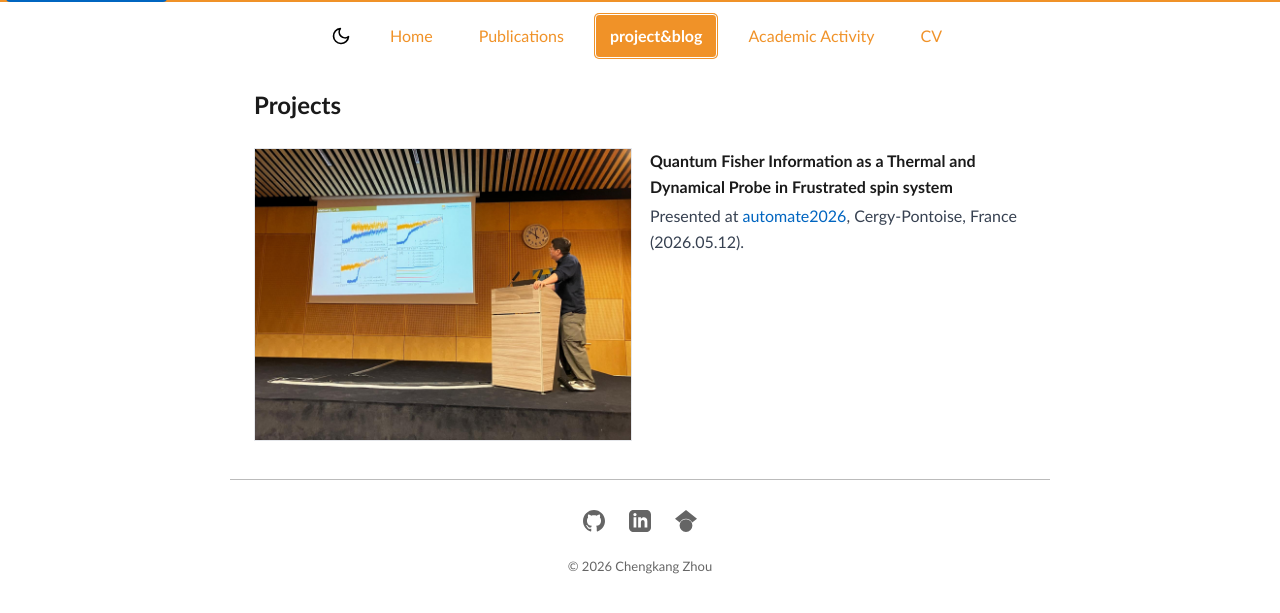
Repository: argyibug/zhouchk
Page: projects.html
An editor plug-in stored every save of this project. The page is shown before and after the next save, followed by the edit.
The browser window is 1280 px wide. The pictures show the whole page.

Above is the page before, as saved 2026-06-01 10:17:49.

After the next save:
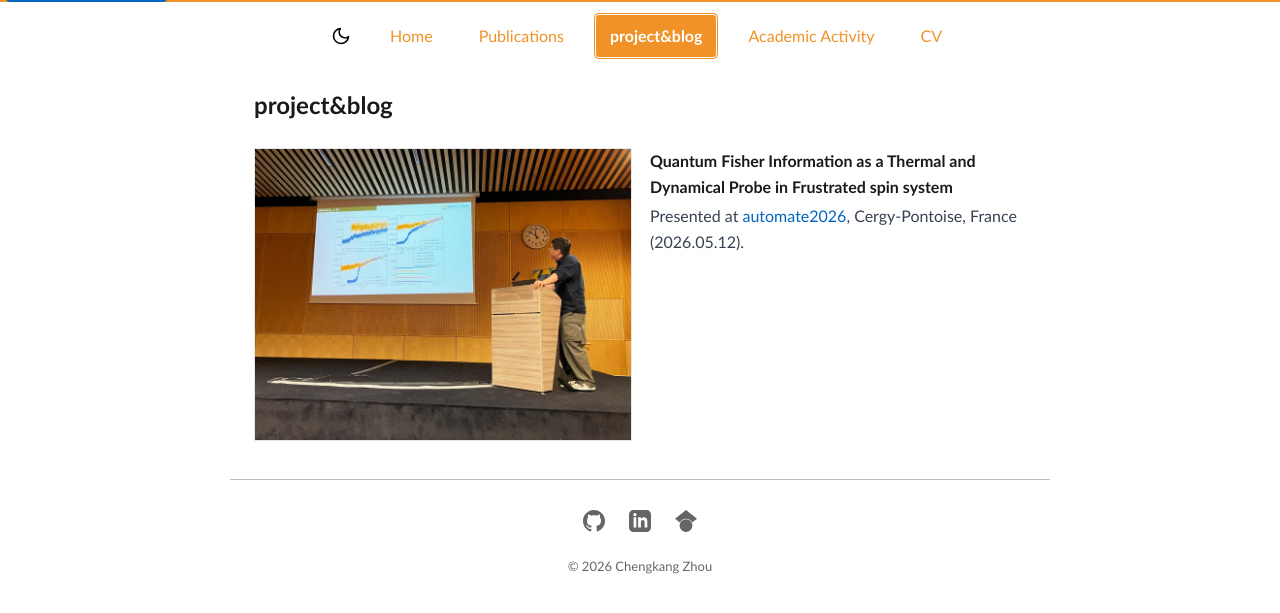
Saved 5 s later.
--- a/projects.html
+++ b/projects.html
@@ -3,21 +3,21 @@
 
 <head>
   <meta http-equiv="Content-Type" content="text/html; charset=UTF-8">
-  <title>Projects - Chengkang Zhou</title>
+  <title>project&amp;blog - Chengkang Zhou</title>
   <meta name="author" content="Chengkang Zhou">
   <meta name="viewport" content="width=device-width, initial-scale=1">
-  <meta name="description" content="Projects by Chengkang Zhou.">
+  <meta name="description" content="project&amp;blog by Chengkang Zhou.">
   <meta name="robots" content="index, follow">
 
-  <meta property="og:title" content="Projects - Chengkang Zhou">
-  <meta property="og:description" content="Projects by Chengkang Zhou.">
+  <meta property="og:title" content="project&amp;blog - Chengkang Zhou">
+  <meta property="og:description" content="project&amp;blog by Chengkang Zhou.">
   <meta property="og:image" content="https://argyibug.github.io/zhouchk/figures/me.jpg">
   <meta property="og:url" content="https://argyibug.github.io/zhouchk/projects.html">
   <meta property="og:type" content="profile">
 
   <meta name="twitter:card" content="summary">
-  <meta name="twitter:title" content="Projects - Chengkang Zhou">
-  <meta name="twitter:description" content="Projects by Chengkang Zhou.">
+  <meta name="twitter:title" content="project&amp;blog - Chengkang Zhou">
+  <meta name="twitter:description" content="project&amp;blog by Chengkang Zhou.">
   <meta name="twitter:image" content="https://argyibug.github.io/zhouchk/figures/me.jpg">
 
   <link rel="stylesheet" type="text/css" href="stylesheet.css">
@@ -118,7 +118,7 @@
   <div id="site-nav"></div>
 
   <main id="main-content" class="main-content-wrapper page-shell">
-    <h1 class="page-title">Projects</h1>
+    <h1 class="page-title">project&amp;blog</h1>
 
     <div style="margin-bottom:24px;">
       <ul id="projects-list">
